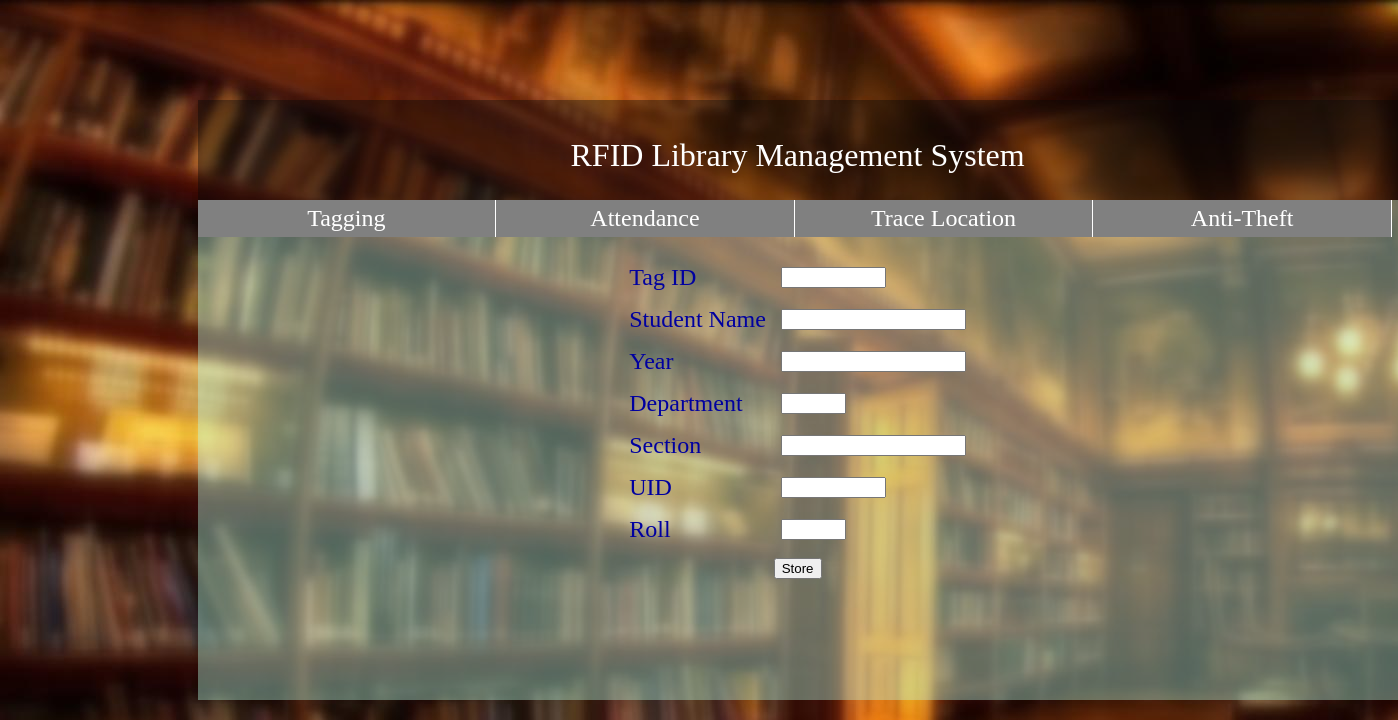
Repository: vigineshs/A-Smart-Data-Analyzer-for-Library-Management-System
Page: http://localhost/librarymgmt/updetails.jsp
These files come from the project's save history. The page is drawn as it stood at one moment and after the next save; the edit follows.
The browser window is 1280 px wide. The page is 1398 px wide, so the pictures cover 1398 px, including what lies to the right of the window. The pictures show the whole page.
The page is served by Tomcat 9. Other server files are loaded and not shown.

Above is the page before, as saved 2013-02-11 16:02:47.

### PassiveRFID/CS203-Version 1.0.6/Demo Applications/Dot Net C#/Demo Applications Source Code/RFID/librarymgmt/WebContent/updetails.jsp
<%@ page language="java" contentType="text/html; charset=ISO-8859-1"
    pageEncoding="ISO-8859-1"%>
<!DOCTYPE html PUBLIC "-//W3C//DTD HTML 4.01 Transitional//EN" "http://www.w3.org/TR/html4/loose.dtd">
<html>
<head>
<title>RFID | Library Management System</title>
<link rel="stylesheet" type="text/css" href="page.css ">
<script>
function validateForm()
{
var x=document.forms["f1"]["btag"].value;
if (x==null || x=="")
  {
  alert("TagID must be filled");
  return false;
  }
  var x1=document.forms["f1"]["bname"].value;
if (x==null || x=="")
  {
  alert("Student Name must be filled");
  return false;
  }
  var x=document.forms["f1"]["byear"].value;
if (x==null || x=="")
  {
  alert("Year must be filled");
  return false;
  }

 var x=document.forms["f1"]["bdept"].value;
if (x==null || x=="")
  {
  alert("Department must be filled");
  return false;
  }
  var x=document.forms["f1"]["bsection"].value;
if (x==null || x=="")
  {
  alert("Section must be filled");
  return false;
  }
  var x=document.forms["f1"]["buid"].value;
if (x==null || x=="")
  {
  alert("UID must be filled");
  return false;
  }
  var x=document.forms["f1"]["broll"].value;
if (x==null || x=="")
  {
  alert("RollNo must be filled");
  return false;
  }
}
</script>

</head>
<body>
<div class="center">
<div id="container">
<div id="header"><br/>
RFID Library Management System
</div>
<div id="content">
<center>
<ul>
<li><a href="tag.jsp">Tagging</a></li>
<li><a href="attend.jsp">Attendance</a></li>
<li><a href="locate.jsp">Trace Location</a></li>
<li><a href="#">Anti-Theft</a></li>
</ul>
<br/><br/>

<form name=f1 method=POST action="http://localhost:8080/librarymgmt/Update" onsubmit="return validateForm()" >
<table cellpadding="5" cellspacing="5">
<tr><td>Tag ID</td><td><input type=text size=10 name=btag /></td></tr>
<tr><td>Student Name</td><td><input type=text size=20 name=bname /></td></tr>
<tr><td>Year</td><td><input type=text size=20 name=byear /></td></tr>
<tr><td>Department</td><td><input type=text size=5 name=bdept /></td></tr>
<tr><td>Section</td><td><input type=text size=20 name=bsection /></td></tr>
<tr><td>UID</td><td><input type=text size=10 name=buid /></td></tr>
<tr><td>Roll</td><td><input type=text size=5 name=broll /></td></tr>
<tr><td colspan="2"><center><input type=submit value=Store  /></center></td></tr>
</table>
</form>
</center>
</div>
</div>
</div>
</body>
</html>

### PassiveRFID/CS203-Version 1.0.6/Demo Applications/Dot Net C#/Demo Applications Source Code/RFID/librarymgmt/WebContent/page.css
#container
{


width:1200px;
height:500px;
margin:0px;

}

ul
{

width:100%;
padding:0;
margin:0;
list-style-type:none;
}

ul a
{
float:left;
width:10.6em;
text-decoration:none;
text-align:center;
color:white;
background-color:grey;
padding:0.2em 0.9em;
border-right:1px solid white;
}

a
{
float:left;
width:8em;
text-decoration:none;
text-align:center;
color:white;
background-color:#58ACFA;
padding:0.2em 0.9em;
border-right:1px solid white;
}

a:hover {background-color:white;
color:black;}

li {display:inline;}


.center
{
margin-left:auto;
margin-right:auto;
width:70%;
}

body
{
background-image:url('images/lib.jpg');
color:#0000A0;
}

#header
{
background-image:url('images/header.png');
font-family:Monotype Corsiva;
font-size:32px;
color:white;
height:100px;
text-align:center;
float:center;
margin-top:100px;
}

#content
{
background-image:url('images/content.png');
width:1200px;
height:500px;
margin-left:0px;
overflow:hidden;
font-size:24px;
float:center;
}

#lcon
{
width:300px;
height:100%
overflow:hidden;
}

#rcon
{
width:700px;
height:100%
overflow:hidden;
margin-left:300px;
}

After the next save:
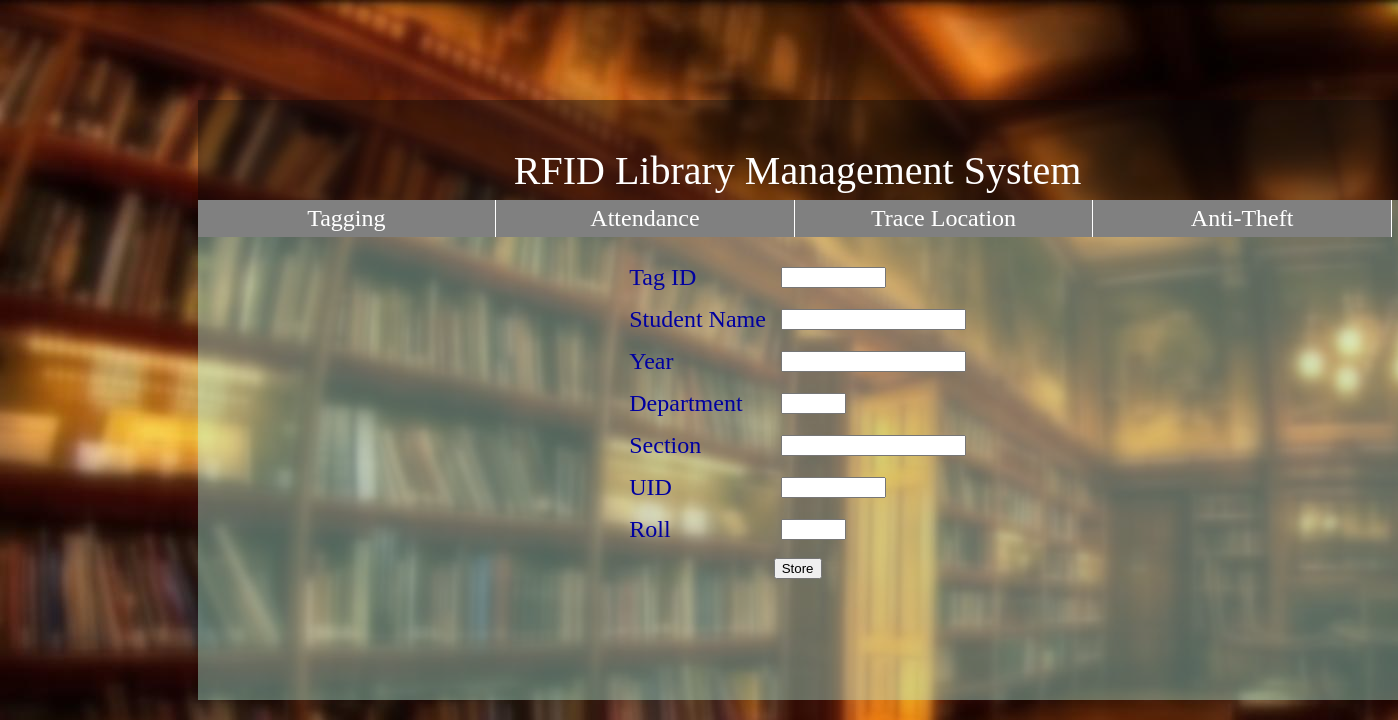
Saved 94 s later.
--- a/PassiveRFID/CS203-Version 1.0.6/Demo Applications/Dot Net C#/Demo Applications Source Code/RFID/librarymgmt/WebContent/page.css
+++ b/PassiveRFID/CS203-Version 1.0.6/Demo Applications/Dot Net C#/Demo Applications Source Code/RFID/librarymgmt/WebContent/page.css
@@ -64,7 +64,7 @@ color:#0000A0;
 {
 background-image:url('images/header.png');
 font-family:Monotype Corsiva;
-font-size:32px;
+font-size:40px;
 color:white;
 height:100px;
 text-align:center;
